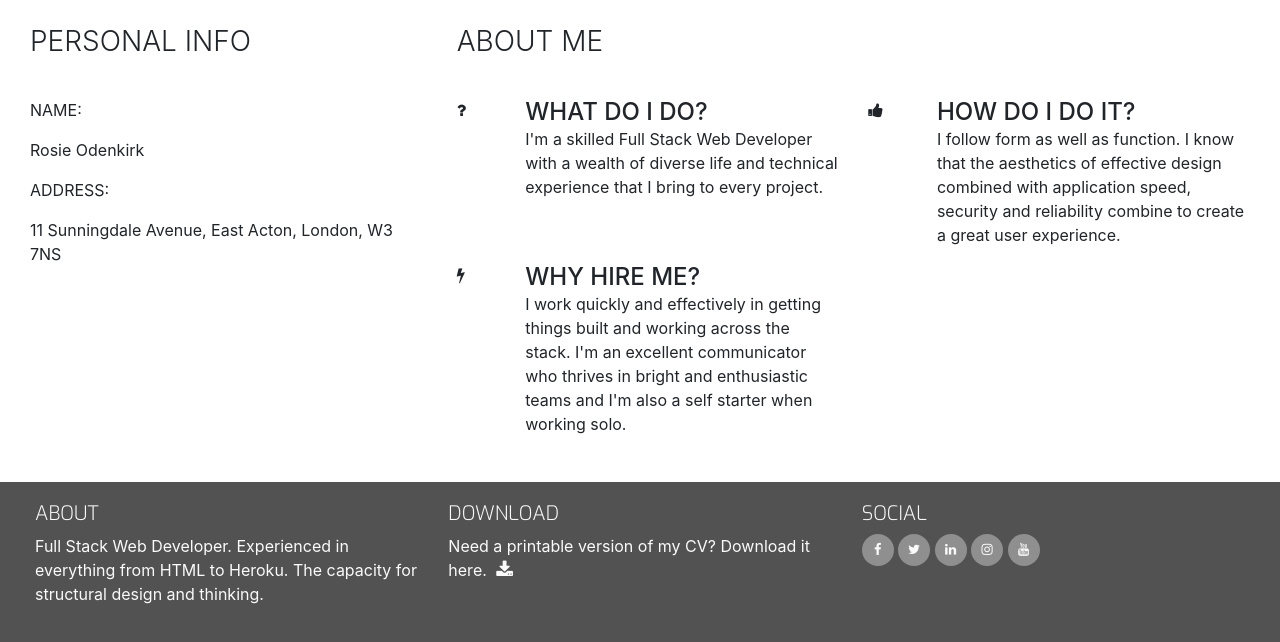
Repository: SimonGeorgeNZ/UCD-Resume
Page: index.html
The author's editor kept a record of every edit. The page is drawn from the files as they stood at one moment, then again after the next edit.
The browser window is 1280 px wide. The pictures show the part of the page from y = 369 to 1011 px (the page is 1011 px tall).
Some web libraries are served in a nearby version.

Above is the page before.

### index.html
<!DOCTYPE html>
<html lang="en">

<head>
    <meta charset="UTF-8">
    <meta name="viewport" content="width=device-width, initial-scale=1.0">
    <meta http-equiv="X-UA-Compatible" content="ie=edge">
    <link rel="stylesheet" href="https://maxcdn.bootstrapcdn.com/bootstrap/4.2.1/css/bootstrap.min.css" type="text/css" />
    <link rel="stylesheet" href="https://maxcdn.bootstrapcdn.com/font-awesome/4.7.0/css/font-awesome.min.css" type="text/css" />
    <link rel="stylesheet" href="https://cdnjs.cloudflare.com/ajax/libs/hover.css/2.1.1/css/hover-min.css" type="text/css" />
    <link rel="stylesheet" href="assets/css/style.css">
    <title>Rosie</title>
</head>

<body>
    <header>
        <div class="row no-gutters">
            <a class="col-md-4 logo" href="index.html"></a>
            <div class="col-md-8">
                <div class="row no-gutters bg-color-name-title">
                    <div class="col heading">
                        <h1 class="name">Rosie Odenkirk</h1>
                        <h2 class="title"> Full Stack Developer</h2>
                    </div>
                </div>
                <div class="row no-gutters">
                    <div class="col">
                        <ul id="nav" class="list-inline menucontainer">
                            <li class="col-6 col-sm-3 list-inline-item ui-menu-color-home menuitem">
                                <a href="#" class="hvr-sweep-to-bottom"><i class="fa fa-home" aria-hidden="true"></i><span>Home</span></a>
                            </li>
                            <li class="col-6 col-sm-3 list-inline-item ui-menu-color-resume menuitem">
                                <a href="#" class="hvr-sweep-to-bottom"><i class="fa fa-graduation-cap" aria-hidden="true"></i><span>Resume</span></a>
                            </li>
                            <li class="col-6 col-sm-3 list-inline-item ui-menu-color-contact menuitem">
                                <a href="#" class="hvr-sweep-to-bottom"><i class="fa fa-comment-o" aria-hidden="true"></i><span>Contact</span></a>
                            </li>
                            <li class="col-6 col-sm-3 list-inline-item ui-menu-color-download menuitem">
                                <a href="#" class="hvr-sweep-to-bottom"><i class="fa fa-download" aria-hidden="true"></i><span>Download CV</span></a>
                            </li>
                        </ul>
                    </div>
                </div>
            </div>
        </div>
    </header>
    <section class="container-fluid">
        <div class="row">
            <div class="col-md-4 bg-color-personal-info section-column">
                <div class="row">
                    <div class="col-12">
                        <h3 class="section-headding uppercase">
                            Personal Info
                        </h3>
                    </div>
                </div>
                <div class="personal-info-item">
                    <div class="key">
                      <p class="uppercase">
                          Name:
                      </p>
                    </div>
                    <div class="value">
                      <p>
                        Rosie Odenkirk
                      </p>
                    </div>
                </div>
                <div class="personal-info-item">
                    <div class="key">
                      <p class="uppercase">
                          Address:
                      </p>
                    </div>
                    <div class="value">
                      <p>
                        11 Sunningdale Avenue, East Acton, London, W3 7NS
                      </p>
                    </div>
                </div>
            </div>
            <div class="col-md-8 bg-color-three-reasons section-column">
                <div class="row">
                    <div class="col">
                        <h3 class="section-headding uppercase">About Me</h3>
                    </div>
                </div>
                <div class="row">
                    <div class="col-10 offset-1 offset-sm-0 col-sm-4 col-md-6">
                        <div class="row">
                            <div class="col-2">
                                <i class="three-reasons-icon fa fa-question" aria-hidden="true"></i>
                            </div>
                            <div class="col-10">
                                <h4 class="three-reasons-heading uppercase">What Do I Do?</h4>
                                <p>
                                    I'm a skilled Full Stack Web Developer with a wealth of diverse
                                    life and technical experience that I bring to every project.
                                </p>
                            </div>
                        </div>
                    </div>
                    <div class="col-10 offset-1 offset-sm-0 col-sm-4 col-md-6">
                        <div class="row">
                            <div class="col-2">
                                <i class="three-reasons-icon fa fa-thumbs-up" aria-hidden="true"></i>
                            </div>
                            <div class="col-10">
                                <h4 class="three-reasons-heading uppercase">How do I do it?</h4>
                                <p>
                                    I follow form as well as function. I know that the aesthetics of effective
                                    design combined with application speed, security and reliability combine to
                                    create a great user experience.
                                </p>
                            </div>
                        </div>
                    </div>
                    <div class="col-10 offset-1 offset-sm-0 col-sm-4 col-md-6">
                        <div class="row">
                            <div class="col-2">
                                <i class="three-reasons-icon fa fa-bolt" aria-hidden="true"></i>
                            </div>
                            <div class="col-10">
                                <h4 class="three-reasons-heading uppercase">Why Hire Me?</h4>
                                <p>
                                    I work quickly and effectively in getting things built and
                                    working across the stack. I'm an excellent communicator who
                                    thrives in bright and enthusiastic teams and I'm also a self
                                    starter when working solo.
                                </p>
                            </div>
                        </div>
                    </div>
                </div>
            </div>
        </div>

    </section>
    <footer class="container-fluid">
        <div id="footer-details" class="row">
            <div class="col-sm-4">
                <h5 class="uppercase general-sub">About</h5>
                <p class="inline-block">
                    Full Stack Web Developer. Experienced in everything from HTML to Heroku.
                    The capacity for structural design and thinking.
                </p>
            </div>
            <div class="col-sm-4">
                <h5 class="uppercase general-sub">Download</h5>
                <p class="inline-block">
                    Need a printable version of my CV? Download it here.
                    <a href="#" target="_blank" class="cv-pdf">
                        <i class="fa fa-download" aria-hidden="true"></i>
                        <span class="sr-only">Download</span>
                    </a>
                </p>
            </div>
            <div class="col-sm-4">
                <h5 class="uppercase general-sub">Social</h5>
                <ul class="list-inline social-links">
                    <li class="list-inline-item">
                        <a target="_blank" href="#">
                            <i class="fa fa-facebook" aria-hidden="true"></i>
                            <span class="sr-only">Facebook</span>
                        </a>
                    </li>
                    <li class="list-inline-item">
                        <a target="_blank" href="#">
                            <i class="fa fa-twitter" aria-hidden="true"></i>
                            <span class="sr-only">Twitter</span>
                        </a>
                    </li>
                    <li class="list-inline-item">
                        <a target="_blank" href="#">
                            <i class="fa fa-linkedin" aria-hidden="true"></i>
                            <span class="sr-only">LinkedIn</span>
                        </a>
                    </li>
                    <li class="list-inline-item">
                        <a target="_blank" href="#">
                            <i class="fa fa-instagram" aria-hidden="true"></i>
                            <span class="sr-only">Instagram</span>
                        </a>
                    </li>
                    <li class="list-inline-item">
                        <a target="_blank" href="#">
                            <i class="fa fa-youtube" aria-hidden="true"></i>
                            <span class="sr-only">YouTube</span>
                        </a>
                    </li>
                </ul>
            </div>
        </div>

    </footer>
</body>

</html>

### assets/css/style.css
@import url('https://fonts.googleapis.com/css?family=Roboto:100,200,300,400,500,600,700|Exo:100,200,300,400,500,600,700');


/*-------------------------------------------------Colors */

.bg-color-name-title {
    background-color: #676767;
}

.bg-color-three-reasons {
    background-color: #fff;
}

.ui-menu-color-home {
    background-color: #e67e22;
}

.ui-menu-color-resume {
    background-color: #9b59b6;
}

.ui-menu-color-contact {
    background-color: #3498db;
}

.ui-menu-color-download {
    background-color: #525252;
}

/*-------------------------------------------------Special paddings margins and text */

h1,
h2,
h3,
h4 {
    margin: 0;
}

.uppercase {
    text-transform: uppercase;
}

.general-sub {
    font-family: "Exo", sans-serif;
    font-weight: 300;
    color: #fafafa;
}

.inline-block {
    display: inline-block
}

.row-table {
    display: table;

}

.section-column {
    display: table-cell;
    padding: 0 30px 30px;
    float: none;
}

.section-headding {
    font-family: "Exo" sans-serif;
    font-weight: 300;
    margin-top: 25px;
    margin-bottom: 40px;
}
/*-------------------------------------------------Heading */

header {
    margin: 0;
}

.heading {
    margin-left: 50px;
}

.logo {
    background: url("../images/rosie.jpg");
    background-position: center;
    background-repeat: no-repeat;
    background-size: cover;
    min-height: 360px;
    transition: all .5s ease-in-out;
    -moz-transition: all .5s ease-in-out;
    -webkit-transition: all .5s ease-in-out;
}

.name {
    font-family: "Exo", sans-serif;
    font-weight: 100;
    font-size: 46px;
    margin-top: 50px;
    color: #fff;
}

.title {
    font-family: "Roboto", sans-serif;
    font-weight: 200;
    font-size: 28px;
    margin-top: 20px;
    margin-bottom: 90px;
    color: #fff;
}

.list-inline-item:not(:last-child) {
    margin: 0;
}

.menucontainer {
    font-size: 0;
}

#nav {
    margin: 0;
}

#nav li {
    font-size: 14px;
    padding: 0;
}

.menuitem {
    height: 120px;
    text-align: center;
    padding: 0;
}

.menuitem a {
    width: 100%;
    text-decoration: none;
    color: #fff;
    height: 120px;
}

.menuitem a i {
    padding-top: 22px;
    display: block;
    color: #fafafa;
    font-size: 26px;
}

.menuitem span {
    display: block;
    width: 100%;
    padding-top: 5px;
    text-align: center;
    text-transform: uppercase;
    font-size: 14px;
    font-weight: 300;
    letter-spacing: 2px;
}

/*-------------------------------------------------Hover.css */

.hvr-sweep-to-bottom:before {
    background: rgba(0, 0, 0, 0.2);
    height: 120px;
}

/*-------------------------------------------------Footer */

footer {
    background-color: #525252;
    color: #fafafa;
    min-height: 120px;
    margin: 0;
}

.cv-pdf i {
    font-size: 18px;
    color: #fafafa;
    text-align: center;
    padding-left: 5px;
    transition: all 0.35s ease-in-out;
    -moz-transition: all 0.35s ease-in-out;
    -webkit-transition: all 0.35s ease-in-out;
    -o-transition: all 0.35s ease-in-out;
}

.cv-pdf i:hover {
    color: #e84610;
}

.social-links {
    padding-bottom: 15px;
}

.social-links li a i {
    width: 32px;
    height: 32px;
    padding: 12px 0;
    border-radius: 50%;
    font-size: 13px;
    line-height: 7px;
    text-align: center;
    color: #fafafa;
    background-color: #8f8f8f;
    transition: all 0.35s ease-in-out;
    -moz-transition: all 0.35s ease-in-out;
    -webkit-transition: all 0.35s ease-in-out;
    -o-transition: all 0.35s ease-in-out;
}

.social-links li a i:hover {
    background-color: #e84610;

}

#footer-details {
    padding: 20px;
}

After the next edit:
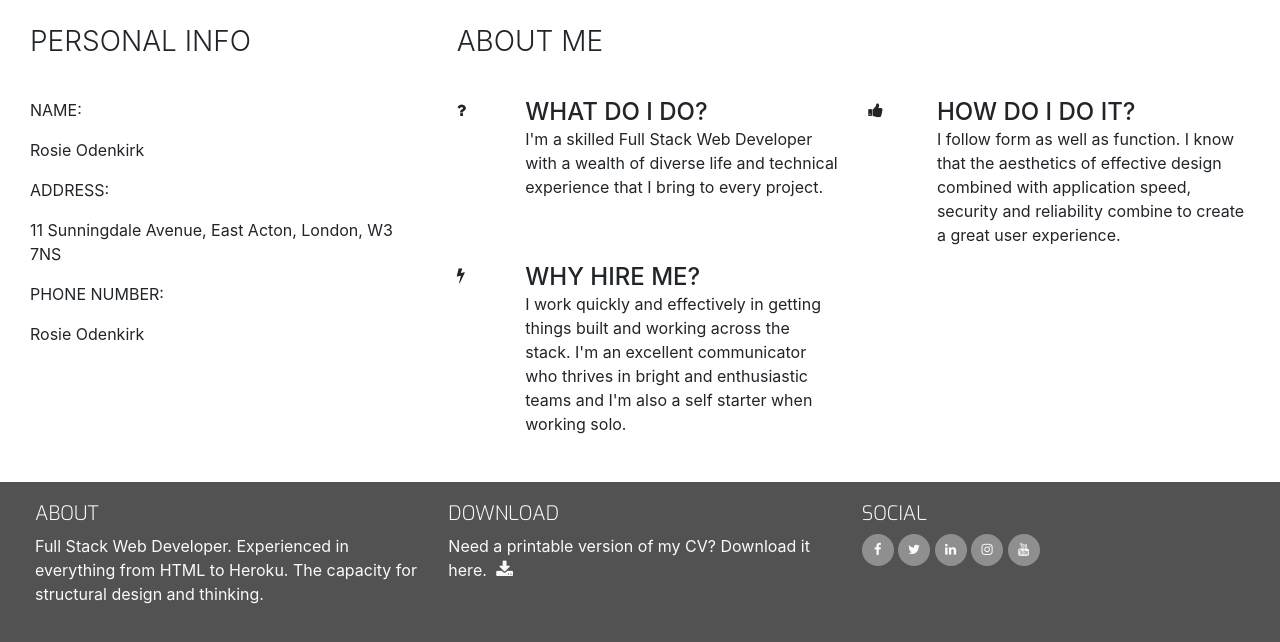
The edit:
--- a/index.html
+++ b/index.html
@@ -78,6 +78,18 @@
                       </p>
                     </div>
                 </div>
+                <div class="personal-info-item">
+                    <div class="key">
+                      <p class="uppercase">
+                          Phone number:
+                      </p>
+                    </div>
+                    <div class="value">
+                      <p>
+                        Rosie Odenkirk
+                      </p>
+                    </div>
+                </div>
             </div>
             <div class="col-md-8 bg-color-three-reasons section-column">
                 <div class="row">
